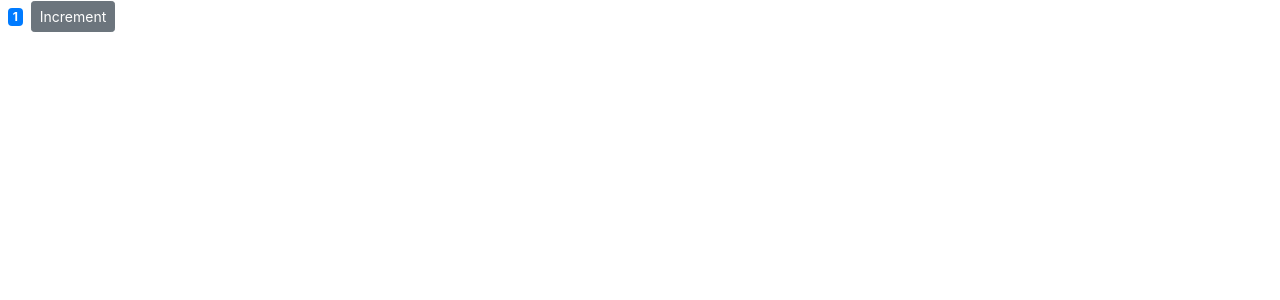
Repository: smk87/First-React-App
Page: /
The author's editor kept a copy of each file at every save. The page is drawn from the files as they stood at one save, then again after the next save.
The browser window is 1280 px wide. The pictures show the whole page.
The project was rebuilt for these pictures with package versions that can differ from the ones it lists, and the page was loaded fresh each time. Also part of the build but not shown: src/App.css, src/App.js.

Above is the page before, as saved 2019-01-04 20:59:18.

### public/index.html
<!DOCTYPE html>
<html lang="en">
  <head>
    <meta charset="utf-8" />
    <link rel="shortcut icon" href="%PUBLIC_URL%/favicon.ico" />
    <meta
      name="viewport"
      content="width=device-width, initial-scale=1, shrink-to-fit=no"
    />
    <meta name="theme-color" content="#000000" />
    <!--
      manifest.json provides metadata used when your web app is added to the
      homescreen on Android. See https://developers.google.com/web/fundamentals/web-app-manifest/
    -->
    <link rel="manifest" href="%PUBLIC_URL%/manifest.json" />
    <!--
      Notice the use of %PUBLIC_URL% in the tags above.
      It will be replaced with the URL of the `public` folder during the build.
      Only files inside the `public` folder can be referenced from the HTML.

      Unlike "/favicon.ico" or "favicon.ico", "%PUBLIC_URL%/favicon.ico" will
      work correctly both with client-side routing and a non-root public URL.
      Learn how to configure a non-root public URL by running `npm run build`.
    -->
    <title>Cart by React</title>
  </head>
  <body>
    <noscript>You need to enable JavaScript to run this app.</noscript>
    <div id="root"></div>
    <!--
      This HTML file is a template.
      If you open it directly in the browser, you will see an empty page.

      You can add webfonts, meta tags, or analytics to this file.
      The build step will place the bundled scripts into the <body> tag.

      To begin the development, run `npm start` or `yarn start`.
      To create a production bundle, use `npm run build` or `yarn build`.
    -->
  </body>
</html>

### src/index.js
import React from "react";
import ReactDOM from "react-dom";
import "./index.css";
import App from "./App";
import * as serviceWorker from "./serviceWorker";
import "bootstrap/dist/css/bootstrap.css";
import Counter from "./components/counter";

ReactDOM.render(<Counter />, document.getElementById("root"));

// If you want your app to work offline and load faster, you can change
// unregister() to register() below. Note this comes with some pitfalls.
// Learn more about service workers: http://bit.ly/CRA-PWA
serviceWorker.unregister();

### src/components/counter.jsx
import React, { Component } from "react";

class Counter extends Component {
  state = {
    count: 1
  };
  styles = {};
  render() {
    let classes = "badge m-2";
    classes += this.state.count === 0 ? "warning" : "primary";
    return (
      <div>
        <span className="badge badge-primary m-2">{this.formatCount()}</span>
        <button className="btn btn-secondary btn-sm">Increment</button>
      </div>
    );
  }

  formatCount() {
    const { count } = this.state;
    return count === 0 ? "Zero" : count;
  }
}

export default Counter;

Loaded but not shown: src/index.css (common file); src/serviceWorker.js (common file)

After the next save:
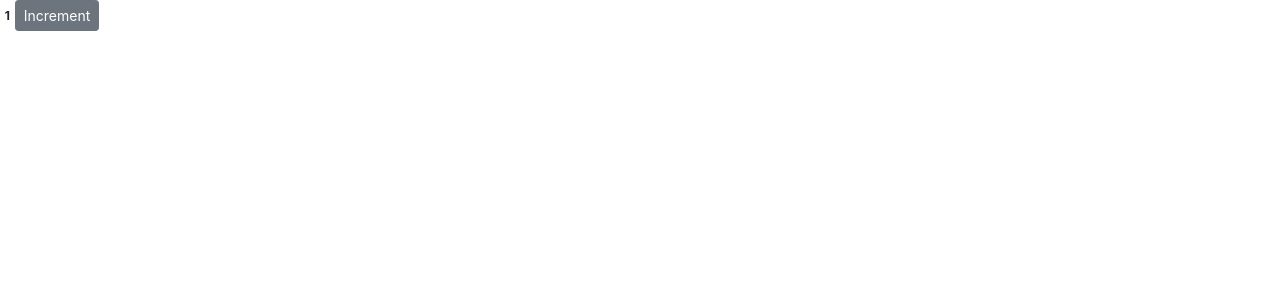
Saved 30 s later.
--- a/src/components/counter.jsx
+++ b/src/components/counter.jsx
@@ -10,7 +10,7 @@ class Counter extends Component {
     classes += this.state.count === 0 ? "warning" : "primary";
     return (
       <div>
-        <span className="badge badge-primary m-2">{this.formatCount()}</span>
+        <span className={classes}>{this.formatCount()}</span>
         <button className="btn btn-secondary btn-sm">Increment</button>
       </div>
     );
